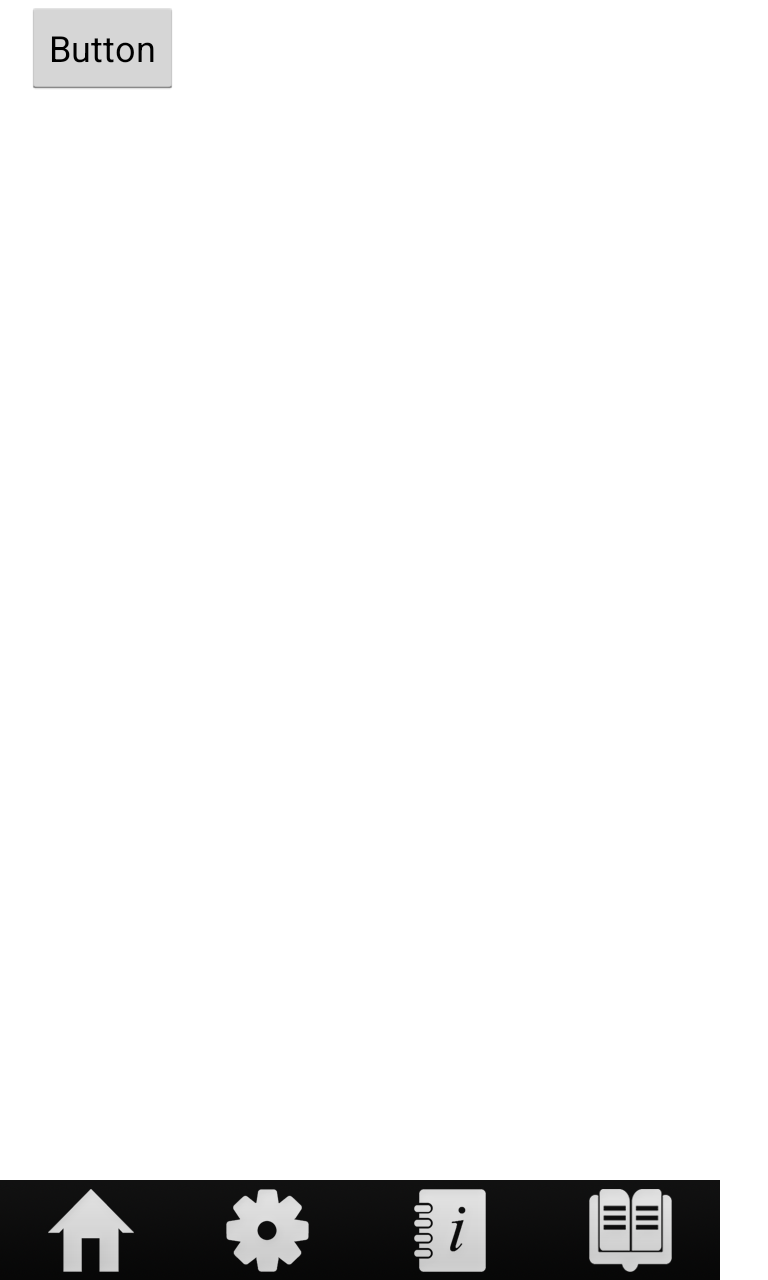
Repository: jo3bolton/PIKJEJ
Layout: PIKJEJ v7/PIKJEJ/res/layout/activity_alt_travel.xml
An editor plug-in stored every save of this project. The layout is shown before and after the next save, followed by the edit.
It is drawn on a 768 x 1280 px phone screen (xhdpi) without system bars, with theme AppTheme; the app's code is not run.

Above is the layout before, as saved 2013-03-23 14:45:37.

After the next save:
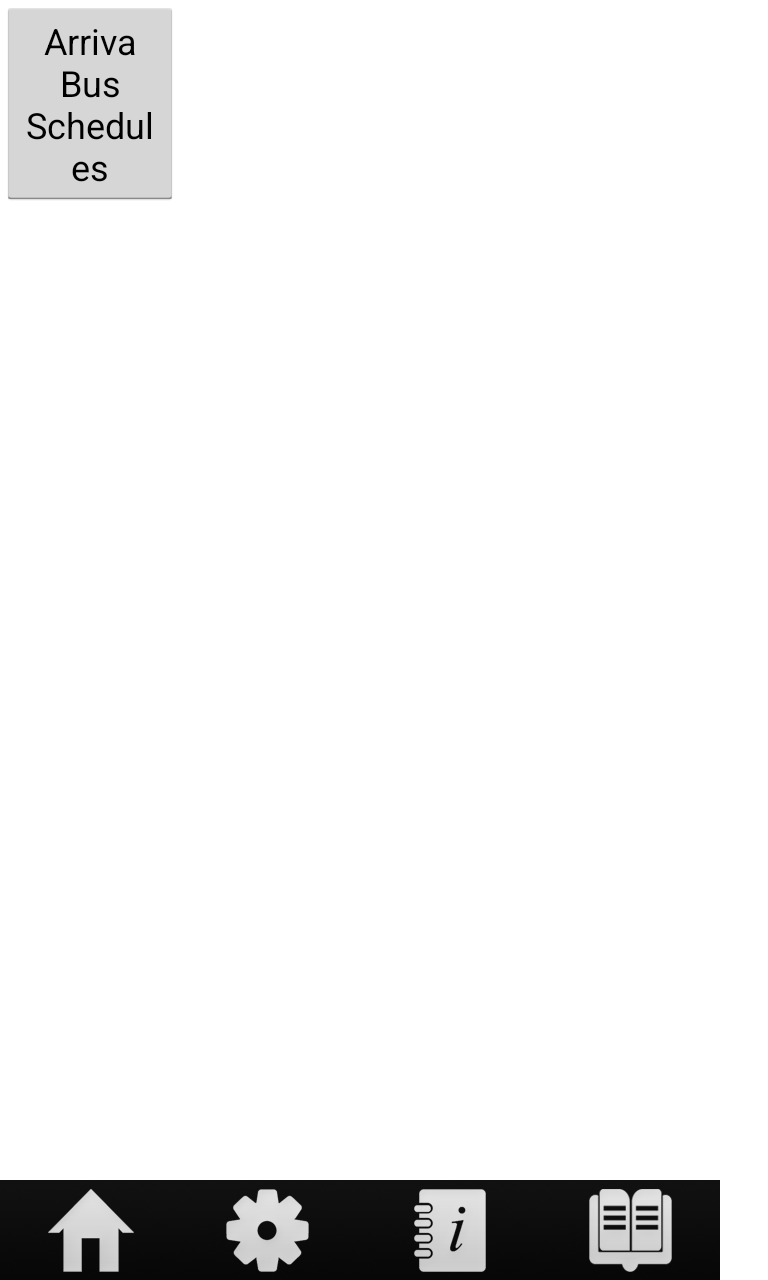
Saved 45 s later.
--- a/PIKJEJ v7/PIKJEJ/res/layout/activity_alt_travel.xml
+++ b/PIKJEJ v7/PIKJEJ/res/layout/activity_alt_travel.xml
@@ -63,6 +63,6 @@
 	    android:layout_alignParentTop="true"
 	    android:layout_toLeftOf="@+id/settings"
 	    android:contentDescription="@string/alt_travel_arriva"
-	    android:text="Button" />
+	    android:text="@string/alt_travel_arriva" />
 
 </RelativeLayout>
